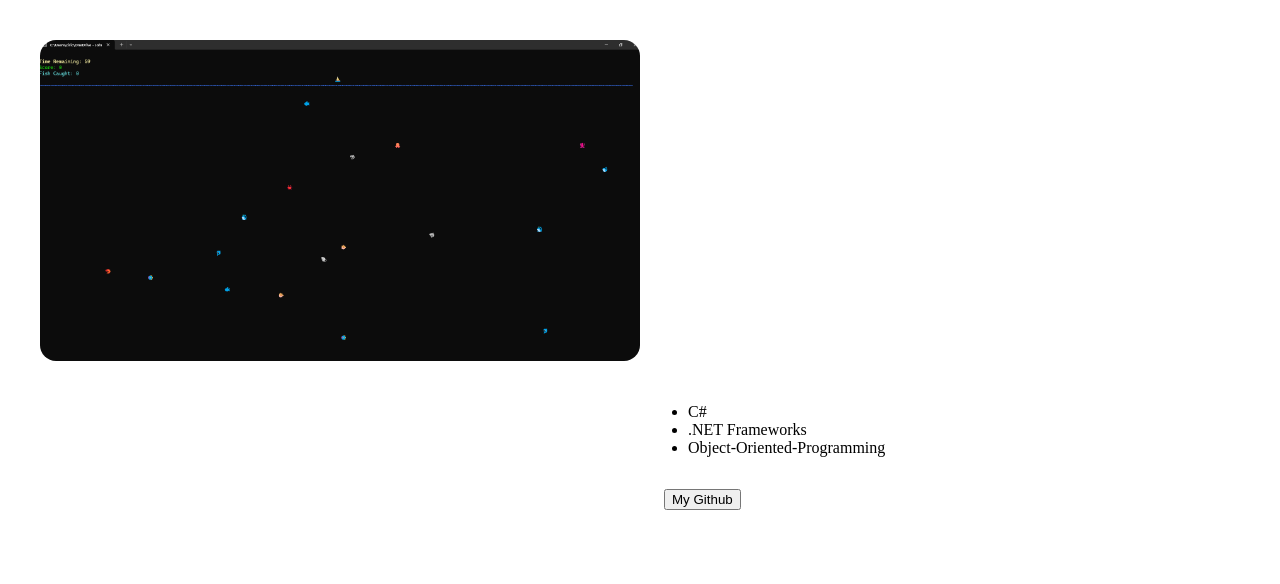
Repository: danielchohan/danielchohan
Page: pages/fishing.html
An editor plug-in stored every save of this project. The page is shown before and after the next save, followed by the edit.
The browser window is 1280 px wide. The pictures show the whole page.

Above is the page before, as saved 2026-05-08 19:25:12.

### pages/fishing.html
<!DOCTYPE html>
<html lang="en">
<head>
    <meta charset="UTF-8">
    <meta name="viewport" content="width=device-width, initial-scale=1.0">
    <title>Fishing Game</title>
    <link rel="stylesheet" href="../styles/projectcard.css">
</head>

<section class="projectcard">

<img alt="Screenshot of a round of Fishing" src="../assets/images/fishing.png">

<div class="projectinfo">
    <h1>Fishing Game</h1>

    <p> This is a console-based game of Fishing made in C#
        It features built in Fish AI, a randomized variety of fish to catch, a points system that is tracked,
        a timer system and various colours for UI elements.
     </p>

     <h2> Technologies Used </h2>
     <ul>
        <li>C#</li>
        <li>.NET Frameworks</li>
        <li>Object-Oriented-Programming</li>
     </ul>

     <div class="projectbutton">
        <a href="https://github.com/ChohanProgrammingProjects/Programming-1-Final-Project">
            <button>My Github</button>
        </a>
     </div>

</div>

</section>
<body>

</body>
</html>

### styles/projectcard.css
body{
    background:transparent;
    font-family: EldenFont;
}

.projectcard{
    display:flex;
    flex-direction:column;
    gap:1.5rem;
    padding:1.5rem;
}

.projectcard img{
    width:100%;
    border-radius:1rem;
    object-fit: cover;
}

.projectinfo{
    display:flex;
    flex-direction:column;
    gap:1rem;
}

.projectinfo h1{
    font-size:2rem;
    color:white;
}

.projectinfo p{
    line-height:1.8;
    font-size: 1rem;
    color:white;
}
.projectinfo h2{
    font-size:1.5rem;
    color:white;
}

.projectinfo ul{
    padding-left: 1.5rem;
    color:black;
}

.projectbutton{
    display:flex;
    gap:1rem;
    flex-wrap:wrap;
}

.projectbuttons a{
    padding: 0.6em 1.2em;
    font-size: 1rem;
    border:none;
    border-radius:0.4rem;
    background:white;
    color:black;
}

@media(min-width: 768px){
    .projectcard{
        padding:2rem;
    }
    .projectinfo h1{
        font-size:2.5rem;
    }
}

@media (min-width:1024px) {
    .projectcard{
        flex-direction: row;
        align-items:flex-start;
    }

    .projectcard img{
        width:50%;
    }
    .projectinfo{
        width:50%;
    }
}

After the next save:
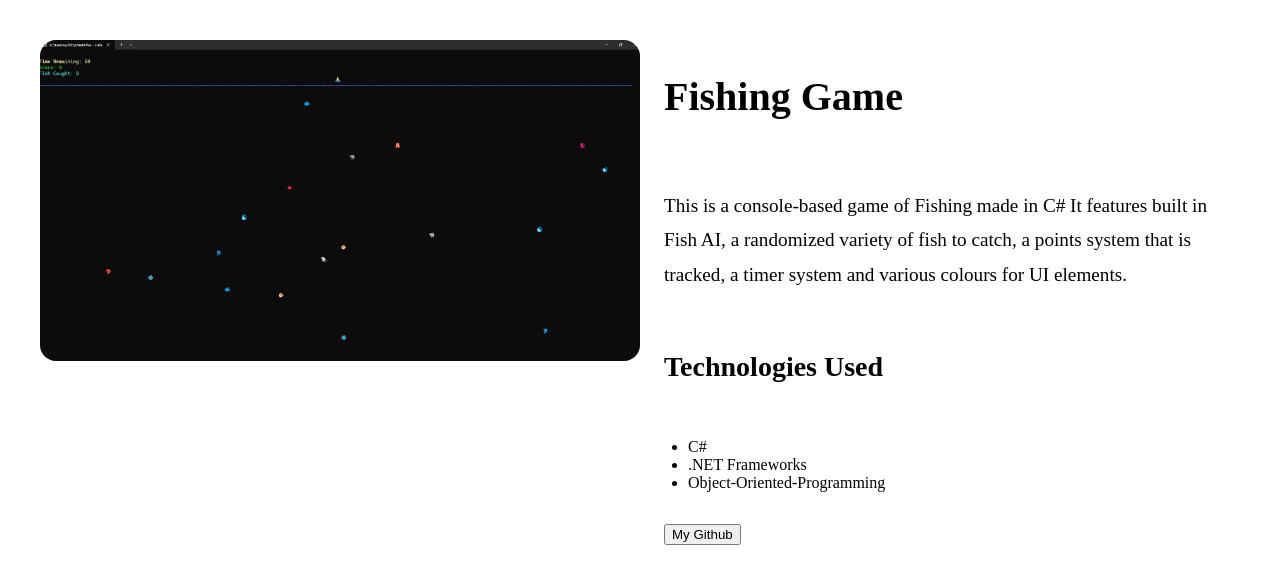
Saved 73 s later.
--- a/styles/projectcard.css
+++ b/styles/projectcard.css
@@ -63,6 +63,15 @@
     }
     .projectinfo h1{
         font-size:2.5rem;
+        color:black;
+    }
+    .projectinfo p{
+        font-size:1.2rem;
+        color:black;
+    }
+    .projectinfo h2{
+        font-size:1.75rem;
+        color:black;
     }
 }
 
